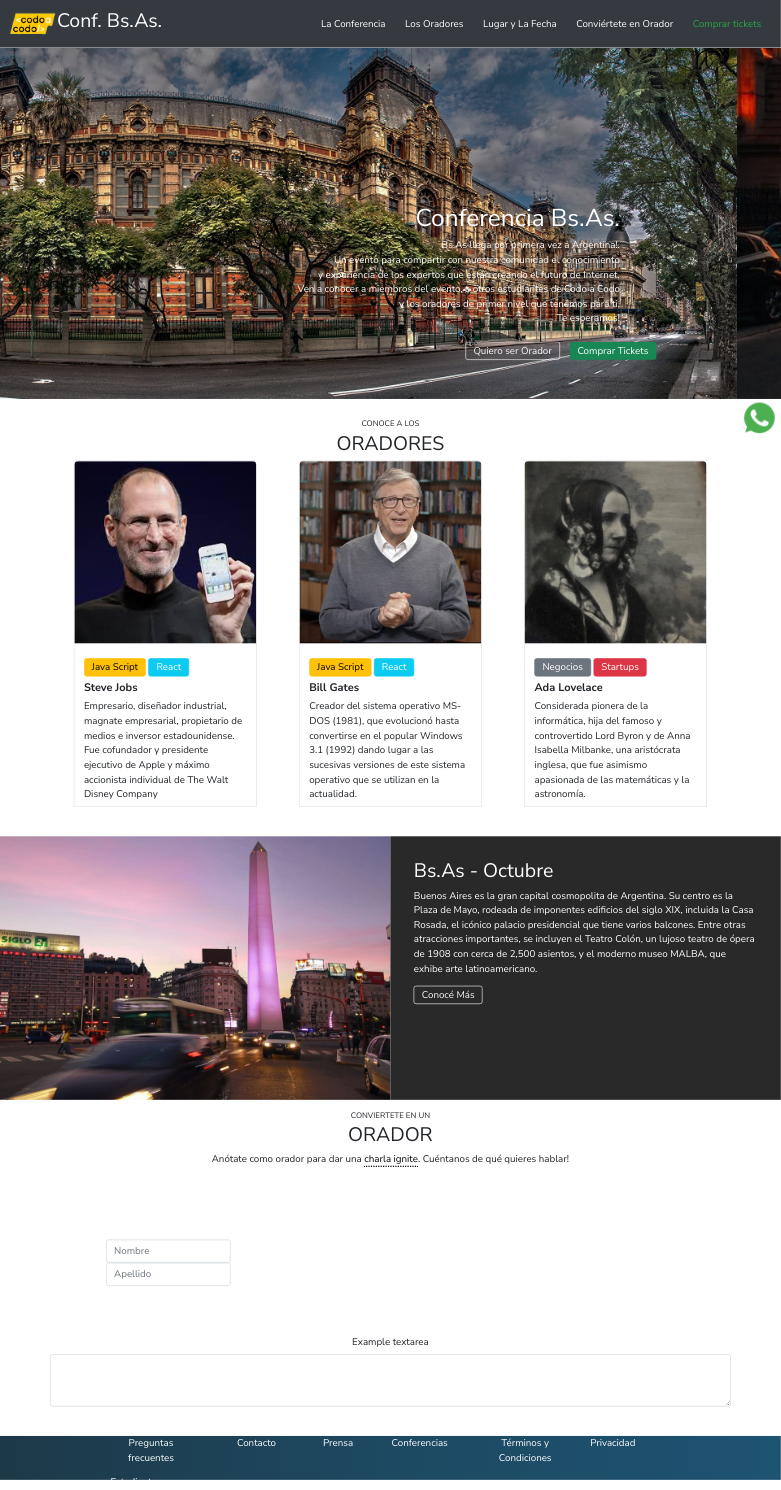
Repository: Melire/trabajo-final-BS
Page: index.html
An editor plug-in stored every save of this project. The page is shown before and after the next save, followed by the edit.
The browser window is 1280 px wide. The pictures show the whole page, at 61% of full size.

Above is the page before, as saved 2023-05-11 09:41:43.

After the next save:
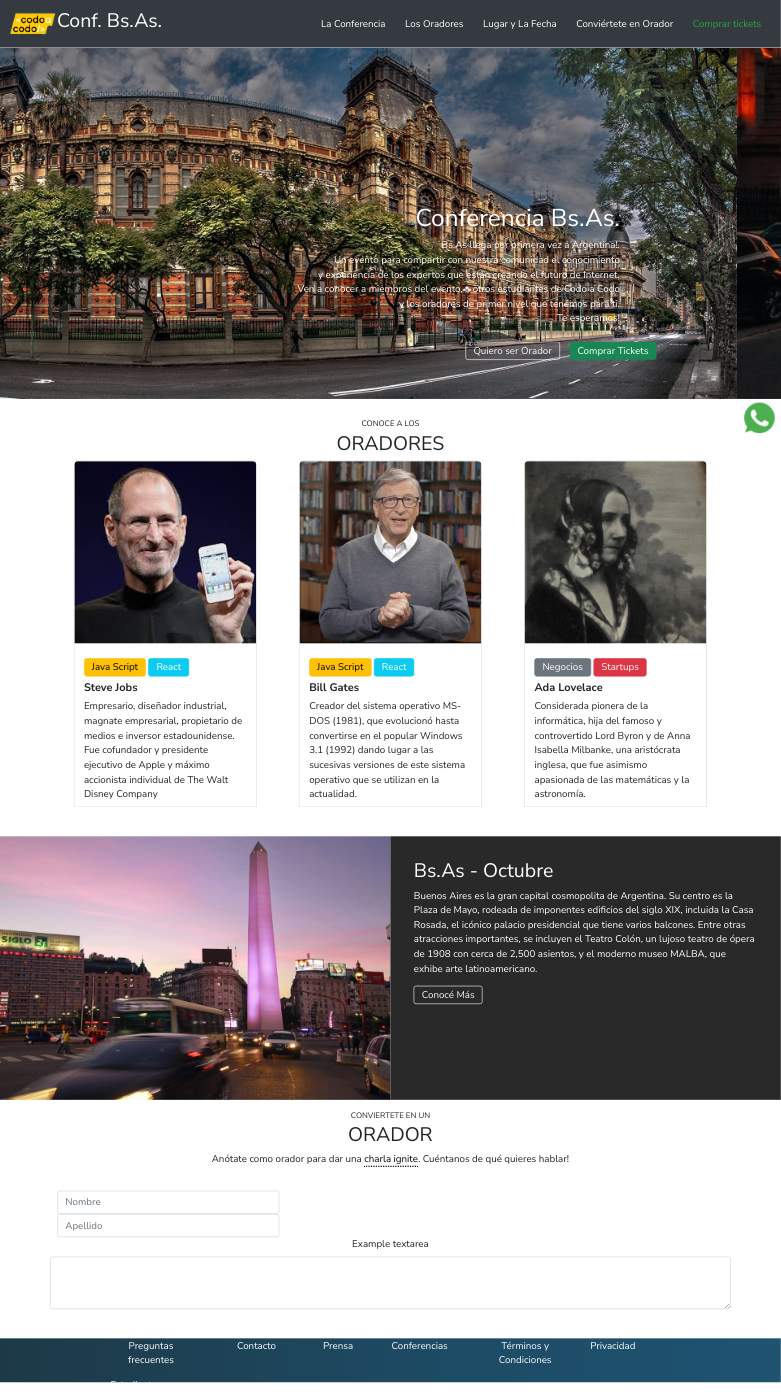
Saved 13 s later.
--- a/css/estilos3.css
+++ b/css/estilos3.css
@@ -154,7 +154,7 @@
 
 /*formulario Orador*/
 .camposForm{
-   padding: 5rem;
+
 }
 .formularioOrador {
     text-align: center;
